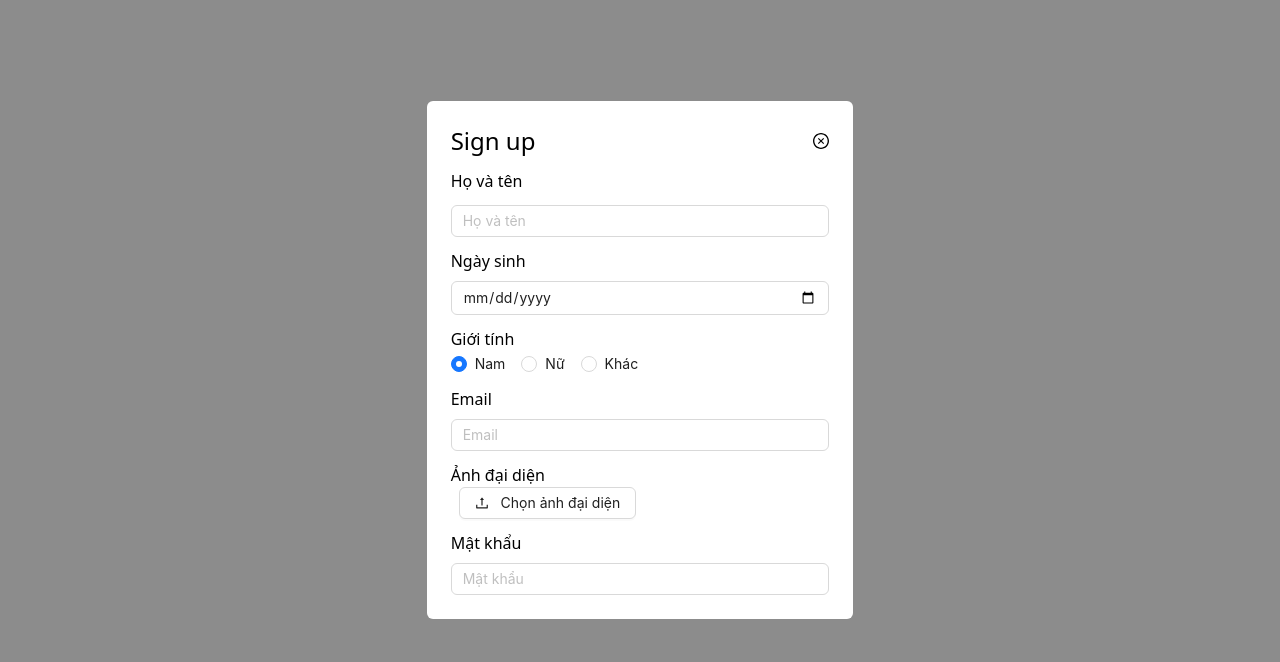
Repository: TinhTT336/MD02_Session14
Page: / (app in client/)
These files come from the project's save history. The page is drawn as it stood at one moment and after the next save; the edit follows.
The browser window is 1280 px wide. The pictures show the whole page.
The project was rebuilt for these pictures with package versions that can differ from the ones it lists, and the page was loaded fresh each time. Also part of the build but not shown: client/vite.config.js, client/src/firebase/configFirebase.js, client/src/components/UploadSingleFile.jsx, client/src/components/register/register.css, client/src/components/register/Register.jsx, client/src/components/register/RegisterWithImg.jsx.

Above is the page before, as saved 2023-09-14 14:27:08.

After the next save:
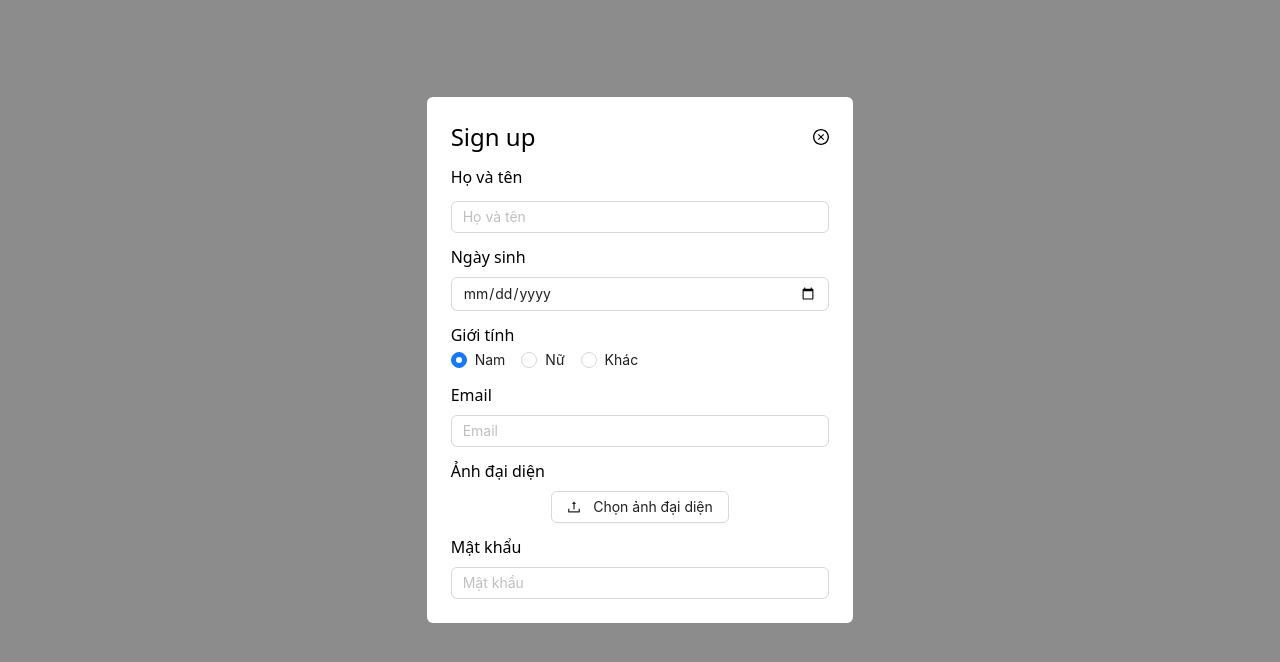
Saved 24 s later.
--- a/client/src/components/signup/Signup.jsx
+++ b/client/src/components/signup/Signup.jsx
@@ -56,7 +56,7 @@ export default function Signup() {
                     </div>
                     <div className='mt-3'>
                         <label htmlFor="avatar">Ảnh đại diện</label>
-                        <div className='ms-2'>
+                        <div className='text-center mt-2'>
                             <Upload {...props}>
                                 <Button icon={<UploadOutlined />}> Chọn ảnh đại diện</Button>
                             </Upload>
